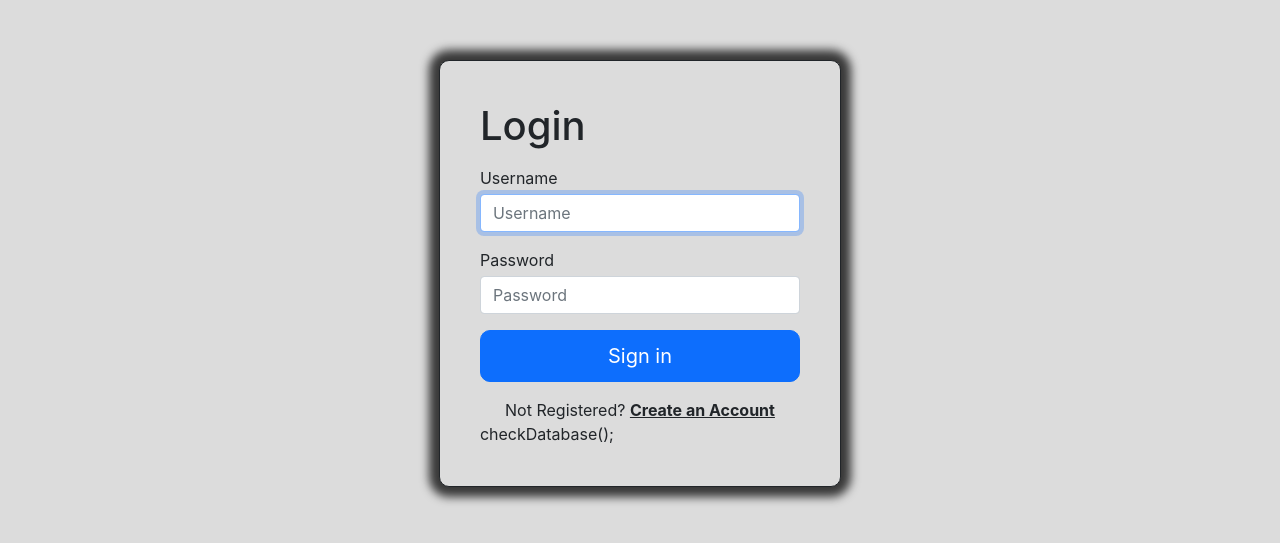
Repository: Rittaki/web-client
Page: /
These files come from the project's save history. The page is drawn as it stood at one moment and after a run of saves; the edit follows.
The browser window is 1280 px wide. The pictures show the whole page.
The project was rebuilt for these pictures with package versions that can differ from the ones it lists, and the page was loaded fresh each time. Also part of the build but not shown: src/App.css, src/components/Signup.js.

Above is the page before, as saved 2022-04-04 23:55:44.

### public/index.html
<!DOCTYPE html>
<html>
    <head>
        <!-- Required meta tags -->
        <meta charset="utf-8">
        <meta name="viewport" content="width=device-width, initial-scale=1">

        <!-- Bootstrap CSS -->
        <link href="https://cdn.jsdelivr.net/npm/bootstrap@5.1.3/dist/css/bootstrap.min.css"
        rel="stylesheet" integrity="sha384-1BmE4kWBq78iYhFldvKuhfTAU6auU8tT94WrHftjDbrCEXSU1oBoqyl2QvZ6jIW3"
        crossorigin="anonymous">

        <title>Login page</title>
    </head>
    <body>
        <div id="root"></div>
        <script src="https://cdn.jsdelivr.net/npm/bootstrap@5.1.3/dist/js/bootstrap.bundle.min.js"
            integrity="sha384-ka7Sk0Gln4gmtz2MlQnikT1wXgYsOg+OMhuP+IlRH9sENBO0LRn5q+8nbTov4+1p"
            crossorigin="anonymous"></script>
    </body>
</html>

### src/index.js
import React from 'react';
import ReactDOM from 'react-dom';
import './index.css';
import App from './App';

ReactDOM.render(
    <React.StrictMode>
        <App />
    </React.StrictMode>,
  document.getElementById('root')
);

### src/App.js
import './App.css';
import Login from './components/Login';
import Signup from './components/Signup';
import { BrowserRouter, Routes, Route } from 'react-router-dom';


function App() {
    return (
        <div>
            <BrowserRouter>
                <Routes>
                    <Route path='/Signup' element={<Signup/>}></Route>
                    <Route path='/' element={<Login/>}></Route>
                </Routes>
            </BrowserRouter>
        </div>
    );
}

export default App;

### src/components/Login.js
import './Login.css';
import { useState, useEffect } from 'react';
import Users from './Users';

function Login() {
const [userName , setUserName] =useState("")
const [password , setPassword] =useState("")
const[isSubmit, setIsSubmit] = useState(false);


    const sunbmitFun = (e) => {
        e.preventDefault();
        setIsSubmit(true);
    }

    return (
        <div className="container-fluid">
            <div className="row">
                <div className="col-md-4 col-sm-4 col-xs-12"></div>
                <div className="col-md-4 col-sm-4 col-xs-12">
                    <div className="mt-20">
                        <form className="form-container" onSubmit={sunbmitFun}>
                            <h1>Login</h1>
                            <div className="form-group mt-3">
                                <label htmlFor="user" className="sr-only">Username</label>
                                <input type="text" id="user" className="form-control mt-1 mb-3" placeholder="Username" required autoFocus onChange={(e)=>setUserName(e.target.value)}/>
                            </div>
                            <label htmlFor="password" className="sr-only">Password</label>
                            <input type="password" id="password" className="form-control mt-1" placeholder="Password" required onChange={(e)=>setPassword(e.target.value)} />
                            <div className="mt-3">
                                <button className="btn btn-lg btn-primary btn-block"  >Sign in</button>
                            </div>
                            <div className="mt-3 text-center">
                                Not Registered? <a href="/Signup" className="text-dark fw-bold" > Create an Account</a>
                            </div>
                            <Users checkName={userName} checkPassword={password} submit={isSubmit}/>
                        </form>
                    </div>
                </div>
            </div>
        </div>
    );
}

export default Login

### src/components/Login.css
* { background-color: gainsboro; }
.btn-lg {
    padding: 10px 20px;
    font-size: 20px;
    border-radius: 10px;
    width: 100%;
}
.mt-20 {
    margin-top: 20% !important;
}
.form-container {
    border: 1px solid;
    padding: 10%;
    border-radius: 10px;
    -webkit-box-shadow: 0px 0px 10px 10px rgba(0,0,0,0.75);
    -moz-box-shadow: 0px 0px 10px 10px rgba(0,0,0,0.75);
    box-shadow: 0px 0px 10px 10px rgba(0,0,0,0.75);
}

### src/components/Users.jsx
import React from 'react'
import { useState } from 'react';
export default function Users(props) {
    const[isFound, setIsFound] = useState(false);
    const userList = [
        {userName : "daniel" , nickName: "Daniel" , picture : " " , password: "123"},
        {userName : "eden" , nickName: "eden" , picture : " " , password: "456"},
        {userName : "rita" , nickName: "rita" , picture : " " , password: "789"},
    ]

    function compare(item){
        console.log(item);
        if(item.userName==props.checkName){
            if(item.password==props.checkPassword){
                setIsFound(true)
            }
        }
    }

    function checkDatabase(){
        if(props.submit){
            userList.map((item)=>compare);
        }
        console.log("hi");
    }
  return (
    <div>
        checkDatabase();
    </div>
  )
}

### src/components/Signup.css
* { background-color: gainsboro; }
.btn-lg {
    padding: 10px 20px;
    font-size: 20px;
    border-radius: 10px;
    width: 100%;
}
.mt-20 {
    margin-top: 15% !important;
}
.form-container {
    border: 1px solid;
    padding: 10%;
    border-radius: 10px;
    -webkit-box-shadow: 0px 0px 10px 10px rgba(0,0,0,0.75);
    -moz-box-shadow: 0px 0px 10px 10px rgba(0,0,0,0.75);
    box-shadow: 0px 0px 10px 10px rgba(0,0,0,0.75);
}

Loaded but not shown: src/index.css (common file)

After the next 5 saves:
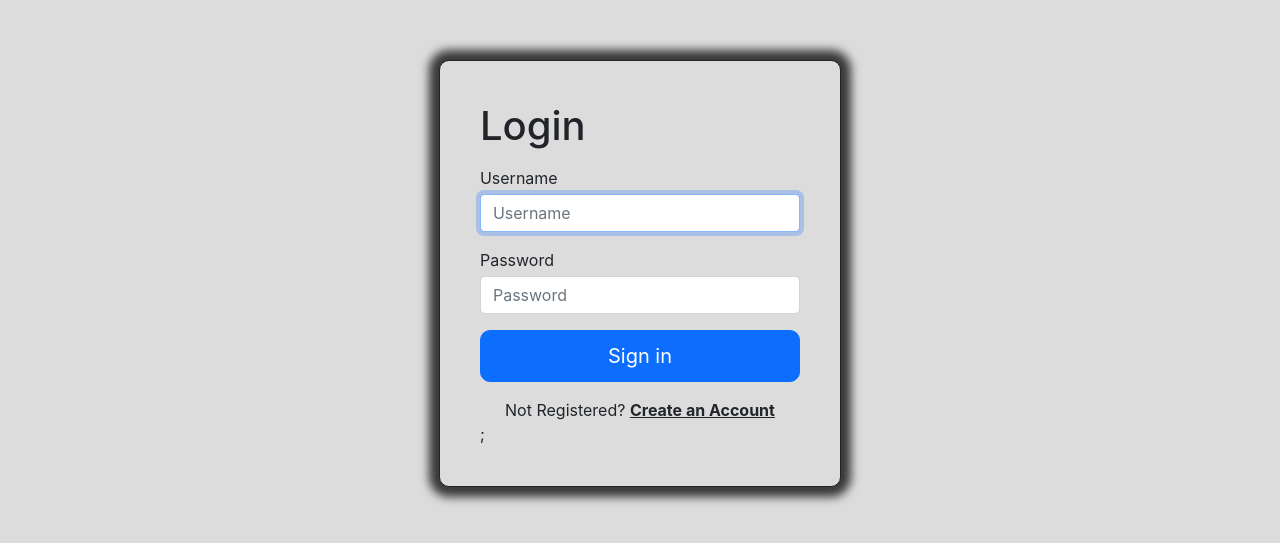
The 5 saves are shown as one change because they came seconds apart.
The last was saved 22 s later.
--- a/src/components/Users.jsx
+++ b/src/components/Users.jsx
@@ -25,7 +25,7 @@ export default function Users(props) {
     }
   return (
     <div>
-        checkDatabase();
+        {checkDatabase()};
     </div>
   )
 }
